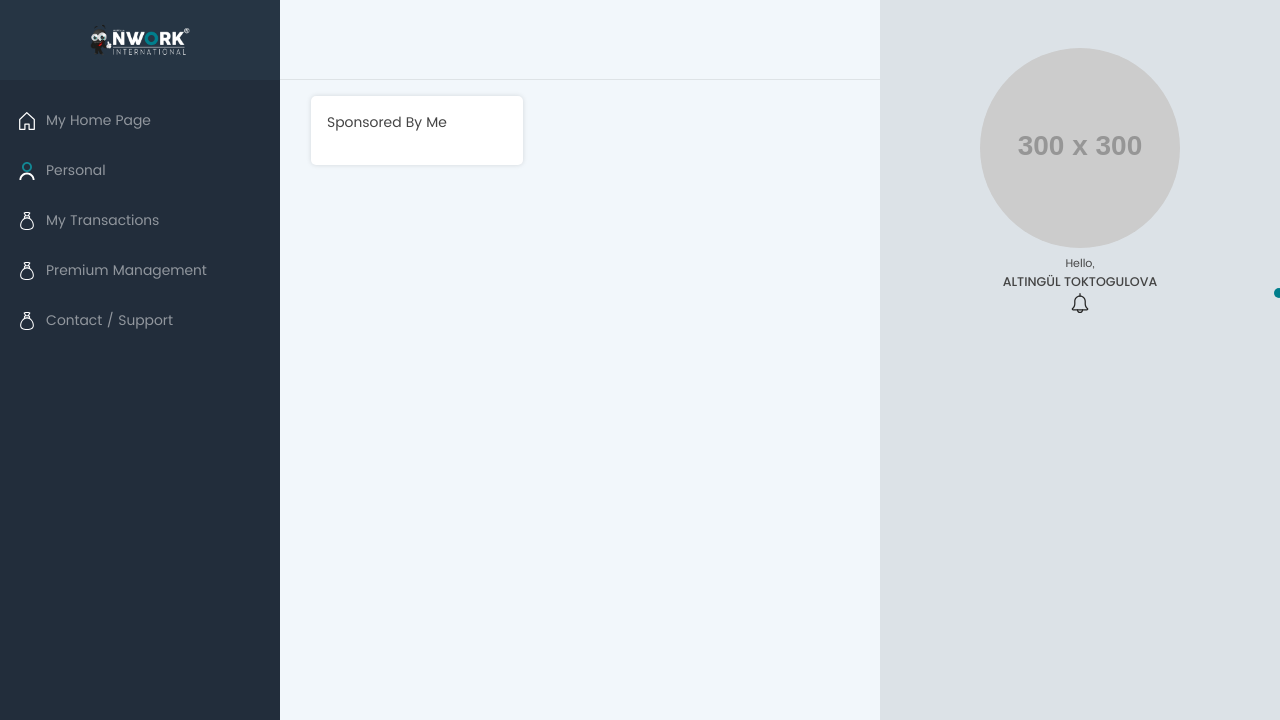
Repository: KayahanKahriman/nwork-admin
Page: index.html
An editor plug-in stored every save of this project. The page is shown before and after the next save, followed by the edit.
The browser window is 1280 px wide. The pictures show the whole page.
Some web fonts or font styles are not loaded; a fallback is used. The style sheet was rebuilt from its Sass, Less or Tailwind sources for each picture, by a compiler version that may differ from the author's.

Above is the page before, as saved 2021-06-09 16:11:43.

After the next save:
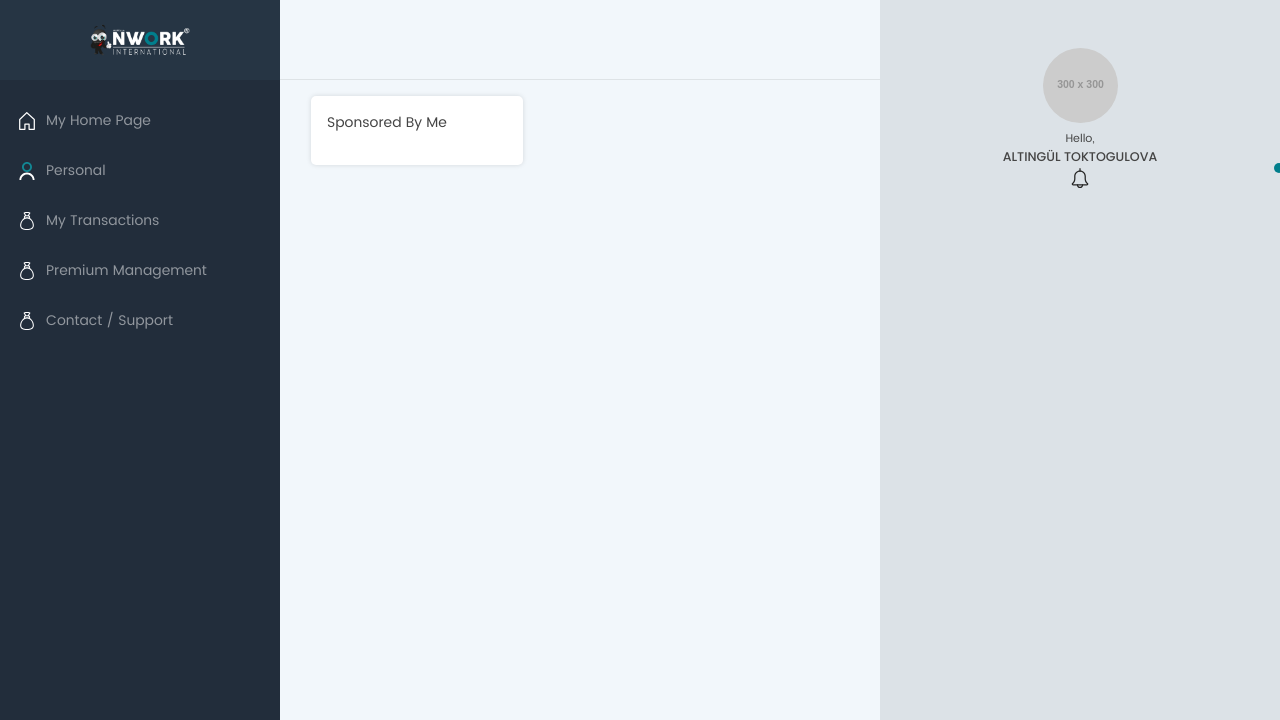
Saved 23 s later.
--- a/assets/scss/_user-aside.scss
+++ b/assets/scss/_user-aside.scss
@@ -10,8 +10,8 @@
 #user-image {
   img {
     border-radius: 50%;
-    width: 200px;
-    height: 200px;
+    width: 75px;
+    height: 75px;
   }
 }
 
